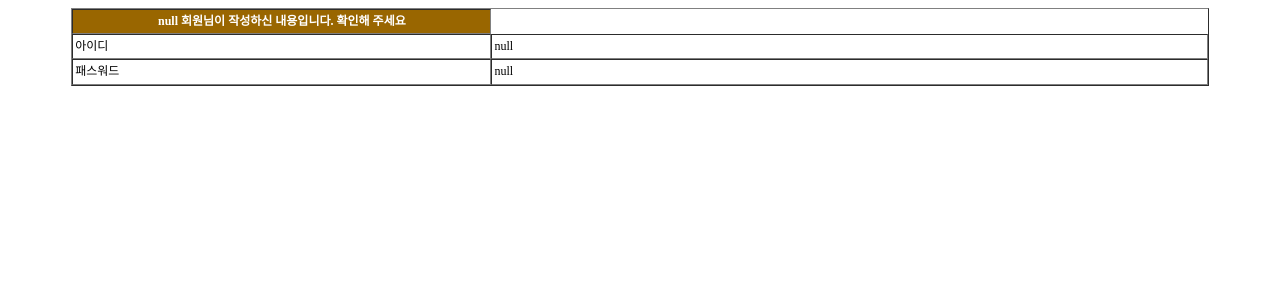
Repository: kimwoongasd/JSPAndServlet
Page: http://localhost/day1226/memberProc.jsp
These files come from the project's save history. The page is drawn as it stood at one moment and after the next save; the edit follows.
The browser window is 1280 px wide. The pictures show the whole page.
The page is served by Tomcat 9. Other server files are loaded and not shown.

Above is the page before, as saved 2023-12-26 02:07:39.

### day1226/src/main/webapp/memberProc.jsp
<%@ page language="java" contentType="text/html; charset=UTF-8"
    pageEncoding="UTF-8"%>
<!DOCTYPE html>
<html>
<head>
<meta charset="UTF-8">
<title>Insert title here</title>
<link rel="stylesheet" href="style.css">
</head>
<body>
	<%
		request.setCharacterEncoding("UTF-8");
	%>
	<!-- usebean을 이용 -->
	<jsp:useBean id="regBean" class="com.sist.vo.MemberBean"/>
	<!-- property="*" 사용자가 입력한 모든 속성정보 가져옴
		name과 memberbean이 같아야함
	-->
	<jsp:setProperty property="*" name="regBean"/>

	<table width="80%" align="center" cellpadding="5" cellspacing="0">
		<tr align="center" valign="middle" bgcolor="#ffffcc">
			<table border="1" width="90%" cellpadding="2" cellspacing="0" align="center">
				<form name="regForm" method="post" action="memberInsert.jsp">
					<tr align="center" bgcolor="#996600">
						<td colspan>
							<font color="#ffffff">
								<b>
									<jsp:getProperty property="name" name="regBean"/>
									회원님이 작성하신 내용입니다. 확인해 주세요
								</b>
							</font>
						</td>
					</tr>
					<tr>
						<td width=24%>아이디</td>
						<td width=41%>
							<jsp:getProperty property="id" name="regBean"/>
						</td>
					</tr>

					<tr>
						<td>패스워드</td>
						<td width=41%>
							<jsp:getProperty property="pwd" name="regBean"/>
						</td>
					</tr>
				</form>
			</table>
		</tr>
	</table>
</body>
</html>

### day1226/src/main/java/com/sist/vo/MemberBean.java
package com.sist.vo;

public class MemberBean {
	// bean은 객체를 의미한다
	// usebean은 기본생성자가 제공된다
	// usebean은 기본생성자가 제공되므로 매개변수가 있는 생성자를 만들면 오류가 발생
	// 해결하기 위해서는 기본생성자 포함 생성자를 만들어야한다
	private String id;
	private String pwd;
	private String name;
	private String birth;
	private String email;
	public String getId() {
		return id;
	}
	public void setId(String id) {
		System.out.println("id 동작");
		this.id = id;
	}
	public String getPwd() {
		return pwd;
	}
	public void setPwd(String pwd) {
		System.out.println("비번 동작");
		this.pwd = pwd;
	}
	public String getName() {
		return name;
	}
	public void setName(String name) {
		System.out.println("이름 동작");
		this.name = name;
	}
	public String getBirth() {
		return birth;
	}
	public void setBirth(String birth) {
		System.out.println("생일 동작");
		this.birth = birth;
	}
	public String getEmail() {
		return email;
	}
	public void setEmail(String email) {
		System.out.println("이메일 동작");
		this.email = email;
	}
	public MemberBean(String id, String pwd, String name, String birth, String email) {
		super();
		this.id = id;
		this.pwd = pwd;
		this.name = name;
		this.birth = birth;
		this.email = email;
	}
	public MemberBean() {
		super();
		// TODO Auto-generated constructor stub
	}

}

### day1226/src/main/webapp/style.css
body{
	font-size: 9pt;
	color: black;
	line-height: 160%;
	font-family: 굴림;
}

td{
	font-size: 9pt;
	color: black;
	line-height: 160%;
	font-family: 굴림;
}

select{
	font-size: 9pt;
	color: black;
	line-height: 160%;
	font-family: 굴림;
}

div{
	font-size: 9pt;
	color: black;
	line-height: 160%;
	font-family: 굴림;
}

form{
	font-size: 9pt;
	color: black;
	line-height: 160%;
	font-family: 굴림;
}

textarea{
	border-right: 1px solid #999999;
	border-top: 1px solid #999999;
	border-left: 1px solid #999999;
	border-bottom: 1px solid #999999;
	font-size: 9pt;
	font-family: 굴림;
	background-color: white;
}

input{
	border-right: 1px solid #999999;
	border-top: 1px solid #999999;
	border-left: 1px solid #999999;
	border-bottom: 1px solid #999999;
	font-size: 9pt;
	font-family: 굴림;
	background-color: white;
	height: 19px;
}

a:link{
	text-decoration: none;
	color: #696969;
}

a:hover{
	text-decoration: yes;
	color: #66ccff;
}

a:visited{
	text-decoration: none;
	color: #330066;
}

After the next save:
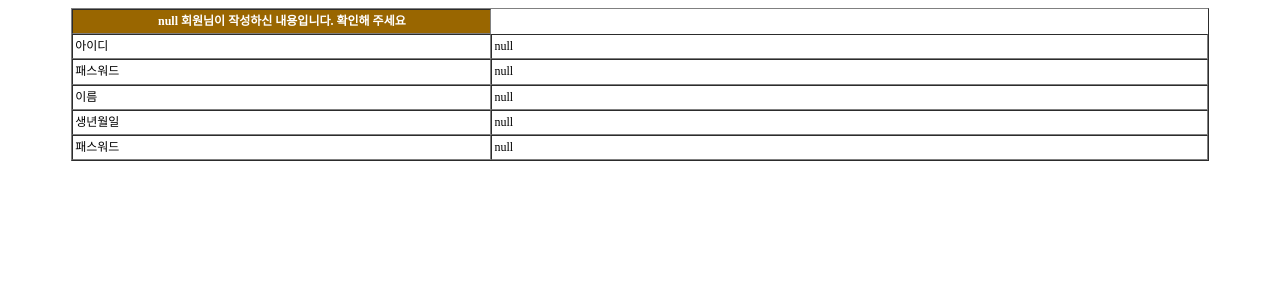
Saved 51 s later.
--- a/day1226/src/main/webapp/memberProc.jsp
+++ b/day1226/src/main/webapp/memberProc.jsp
@@ -45,6 +45,27 @@
 							<jsp:getProperty property="pwd" name="regBean"/>
 						</td>
 					</tr>
+
+					<tr>
+						<td>이름</td>
+						<td width=41%>
+							<jsp:getProperty property="name" name="regBean"/>
+						</td>
+					</tr>
+
+					<tr>
+						<td>생년월일</td>
+						<td width=41%>
+							<jsp:getProperty property="birth" name="regBean"/>
+						</td>
+					</tr>
+
+					<tr>
+						<td>패스워드</td>
+						<td width=41%>
+							<jsp:getProperty property="pwd" name="regBean"/>
+						</td>
+					</tr>
 				</form>
 			</table>
 		</tr>
